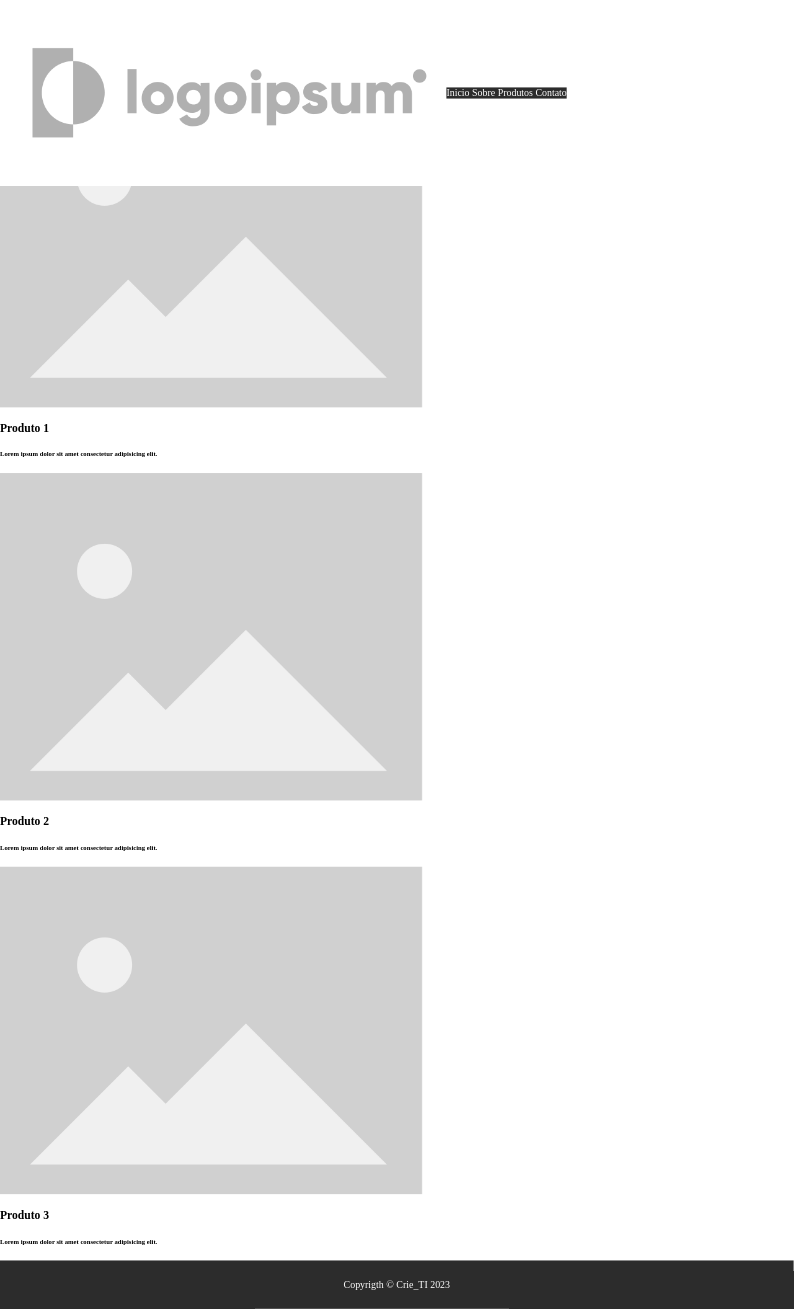
Repository: robsonwssantos/Projeto_Olaria
Page: Exercicios/ex.01/index.html
These files come from the project's save history. The page is drawn as it stood at one moment and after the next save; the edit follows.
The browser window is 1280 px wide. The pictures show the whole page, at 62% of full size.

Above is the page before, as saved 2023-04-21 10:15:17.

After the next save:
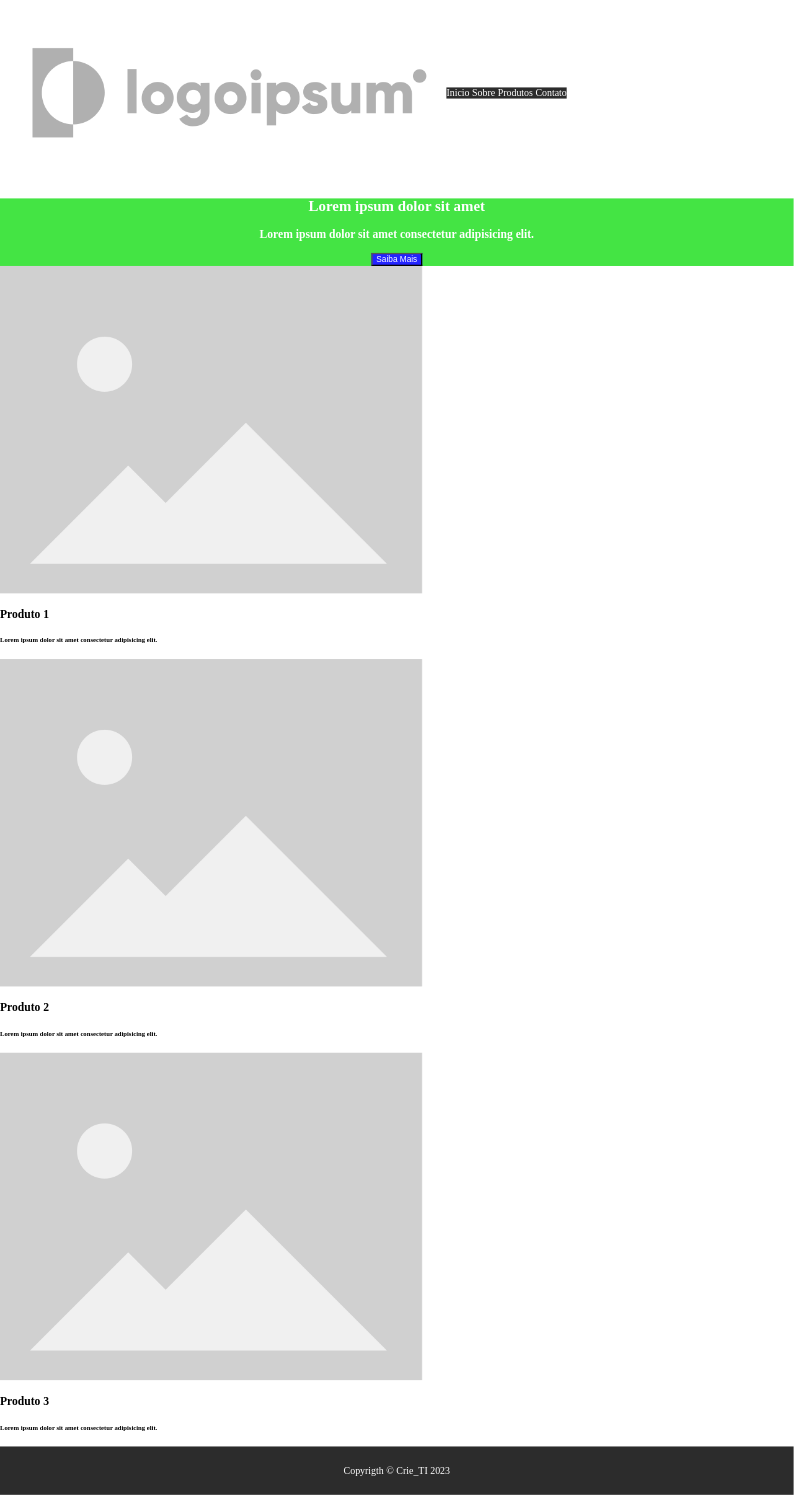
Saved 2 min 5 s later.
--- a/Exercicios/ex.01/index.html
+++ b/Exercicios/ex.01/index.html
@@ -31,14 +31,14 @@
         header {
             display: flex;
             align-items: center;
-            position: absolute;
-            position: fixed;
             background-color: white;
-            width: 100%;
-            top: 0;
             padding-left: 20px;
             padding-right: 20px;
             box-sizing: border-box;
+          /*  width: 100%;
+            position: absolute;
+            position: fixed;
+            top: 0; */
         }
         footer {
             text-align: center;
